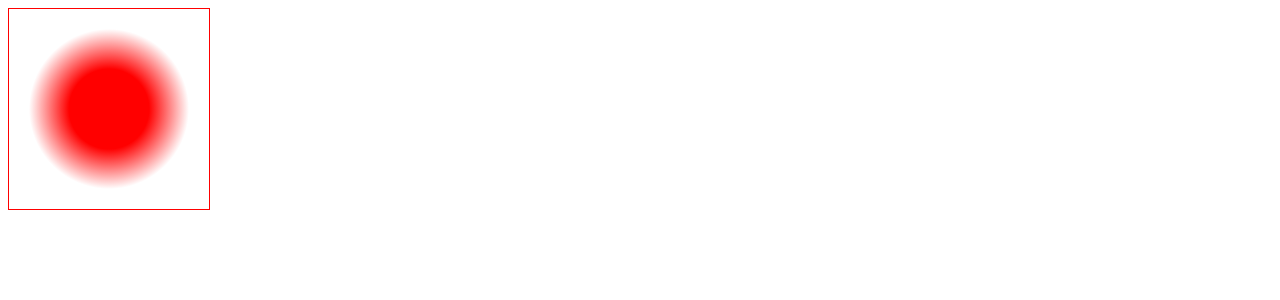
Repository: Tan-Khang21/TH_TKW--Buoi_05
Page: Bai_Tap_Tren_Lop/Bai_01/Canvas8.html
An editor plug-in stored every save of this project. The page is shown before and after the next save, followed by the edit.
The browser window is 1280 px wide. The pictures show the whole page.

Above is the page before, as saved 2024-03-10 20:41:48.

After the next save:
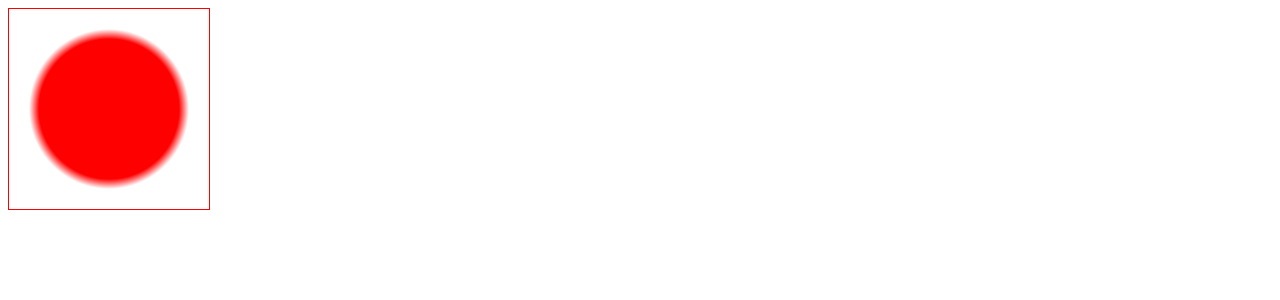
Saved 7 s later.
--- a/Bai_Tap_Tren_Lop/Bai_01/Canvas8.html
+++ b/Bai_Tap_Tren_Lop/Bai_01/Canvas8.html
@@ -15,7 +15,7 @@
     <script>
       var c = document.getElementById("mycanvas");
       var ctx = c.getContext("2d");
-      var grd = ctx.createRadialGradient(100, 100, 40, 100, 100, 80);
+      var grd = ctx.createRadialGradient(100, 100, 70, 100, 100, 80);
       grd.addColorStop(0, "red");
       grd.addColorStop(1, "white");
       ctx.beginPath();
